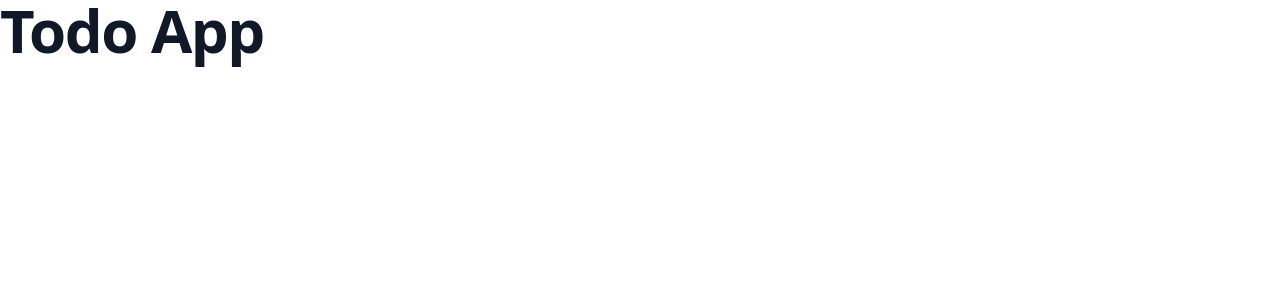
Repository: sodmaq/Todo-App
Page: /
The author's editor kept a copy of each file at every save. The page is drawn from the files as they stood at one save, then again after the next save.
The browser window is 1280 px wide. The pictures show the whole page.
The project was rebuilt for these pictures with package versions that can differ from the ones it lists, and the page was loaded fresh each time. Also part of the build but not shown: vite.config.js.

Above is the page before, as saved 2024-09-03 11:56:53.

### src/App.jsx
import Header from "./components/Header";

function App() {
  return (
    <div className="">
      <Header />
    </div>
  );
}

export default App;

### src/components/Header.jsx
function Header() {
  return (
    <div>
      <h1 className="mb-4 text-4xl font-extrabold leading-none tracking-tight text-gray-900 md:text-5xl lg:text-6xl dark:text-white text-align:center">
        Todo App
      </h1>
    </div>
  );
}

export default Header;

### tailwind.config.js
import flowbite from "flowbite/plugin";

/** @type {import('tailwindcss').Config} */
export default {
  content: [
    "./index.html",
    "./src/**/*.{js,ts,jsx,tsx}",
    "./node_modules/flowbite/**/*.js",
  ],
  theme: {
    extend: {},
  },
  plugins: [flowbite],
};

Loaded but not shown: index.html (common file); src/main.jsx (common file); src/index.css (common file)

After the next save:
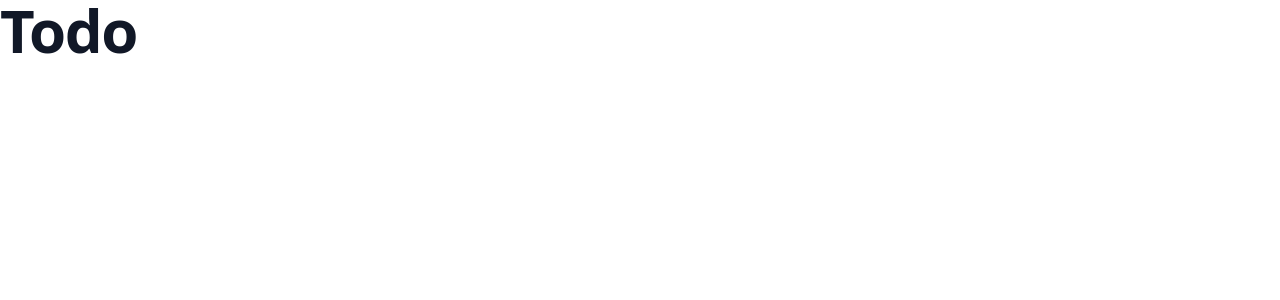
Saved 13 s later.
--- a/src/components/Header.jsx
+++ b/src/components/Header.jsx
@@ -1,8 +1,8 @@
 function Header() {
   return (
     <div>
-      <h1 className="mb-4 text-4xl font-extrabold leading-none tracking-tight text-gray-900 md:text-5xl lg:text-6xl dark:text-white text-align:center">
-        Todo App
+      <h1 className="mb-4 text-4xl font-extrabold leading-none tracking-tight text-gray-900 md:text-5xl lg:text-6xl dark:text-white">
+        Todo
       </h1>
     </div>
   );

After the save that followed:
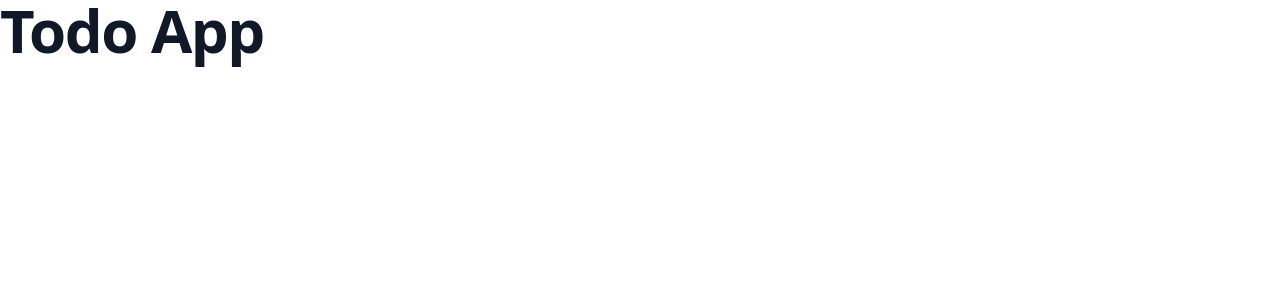
Saved 17 s later.
--- a/src/components/Header.jsx
+++ b/src/components/Header.jsx
@@ -2,7 +2,7 @@
   return (
     <div>
       <h1 className="mb-4 text-4xl font-extrabold leading-none tracking-tight text-gray-900 md:text-5xl lg:text-6xl dark:text-white">
-        Todo
+        Todo App
       </h1>
     </div>
   );
